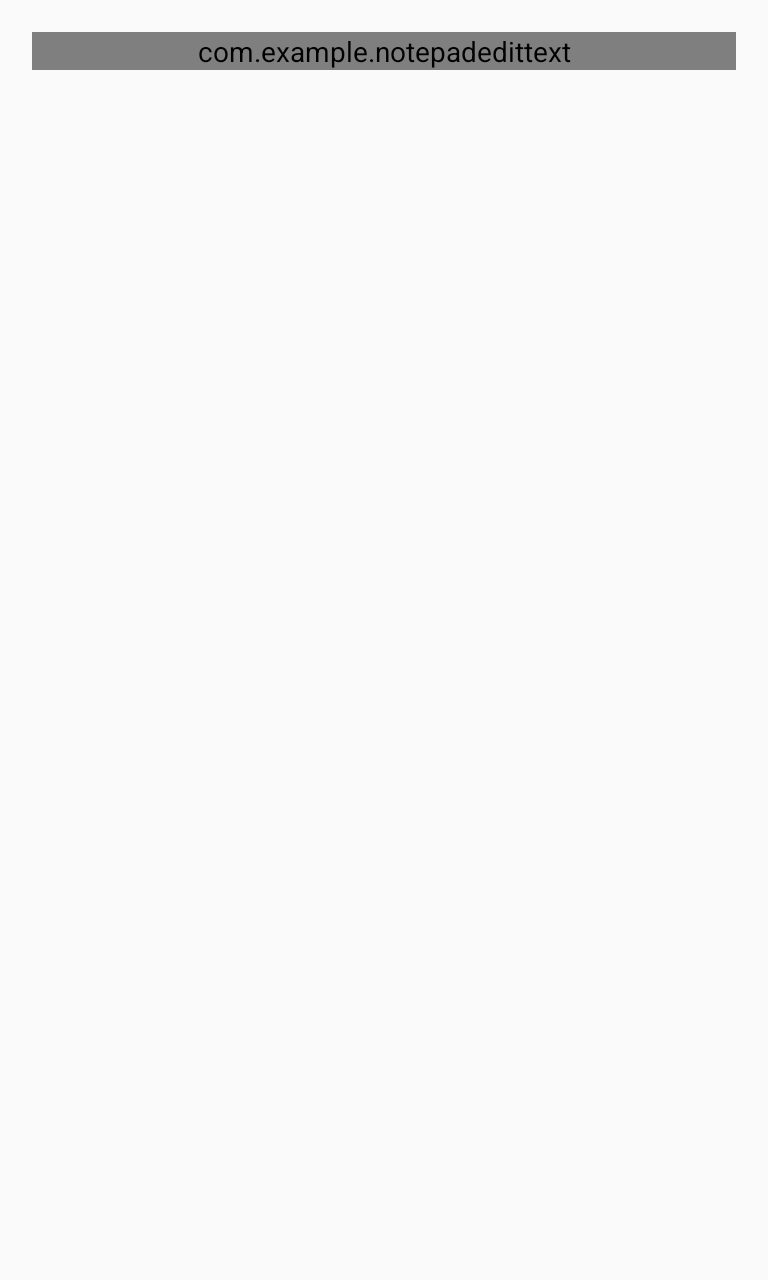
Repository: harsha20011992/Android-Projects
Layout: NotePadEditText/res/layout/activity_main.xml
An editor plug-in stored every save of this project. The layout is shown before and after the next save, followed by the edit.
Pictures or frames that could not be fetched are drawn as grey boxes. It is drawn on a 768 x 1280 px phone screen (xhdpi) without system bars, with theme AppTheme; the app's code is not run.

Above is the layout before, as saved 2014-10-16 18:52:50.

### NotePadEditText/res/layout/activity_main.xml
<RelativeLayout xmlns:android="http://schemas.android.com/apk/res/android"
    xmlns:tools="http://schemas.android.com/tools"
    android:layout_width="match_parent"
    android:layout_height="match_parent"
    android:paddingBottom="@dimen/activity_vertical_margin"
    android:paddingLeft="@dimen/activity_horizontal_margin"
    android:paddingRight="@dimen/activity_horizontal_margin"
    android:paddingTop="@dimen/activity_vertical_margin"
    tools:context=".MainActivity" >
<com.example.notepadedittext
            android:id="@+id/edit_text"
            android:layout_width="fill_parent"
            android:layout_height="wrap_content"
            android:background="@android:color/transparent"
            android:gravity="top"
            android:inputType="textMultiLine"
            android:singleLine="false" />

</RelativeLayout>

Loaded but not shown: NotePadEditText/res/values/styles.xml (common file); NotePadEditText/res/values-v11/styles.xml (common file); NotePadEditText/res/values-v14/styles.xml (common file); NotePadEditText/res/values/dimens.xml (common file); NotePadEditText/res/values-w820dp/dimens.xml (common file)

After the next save:
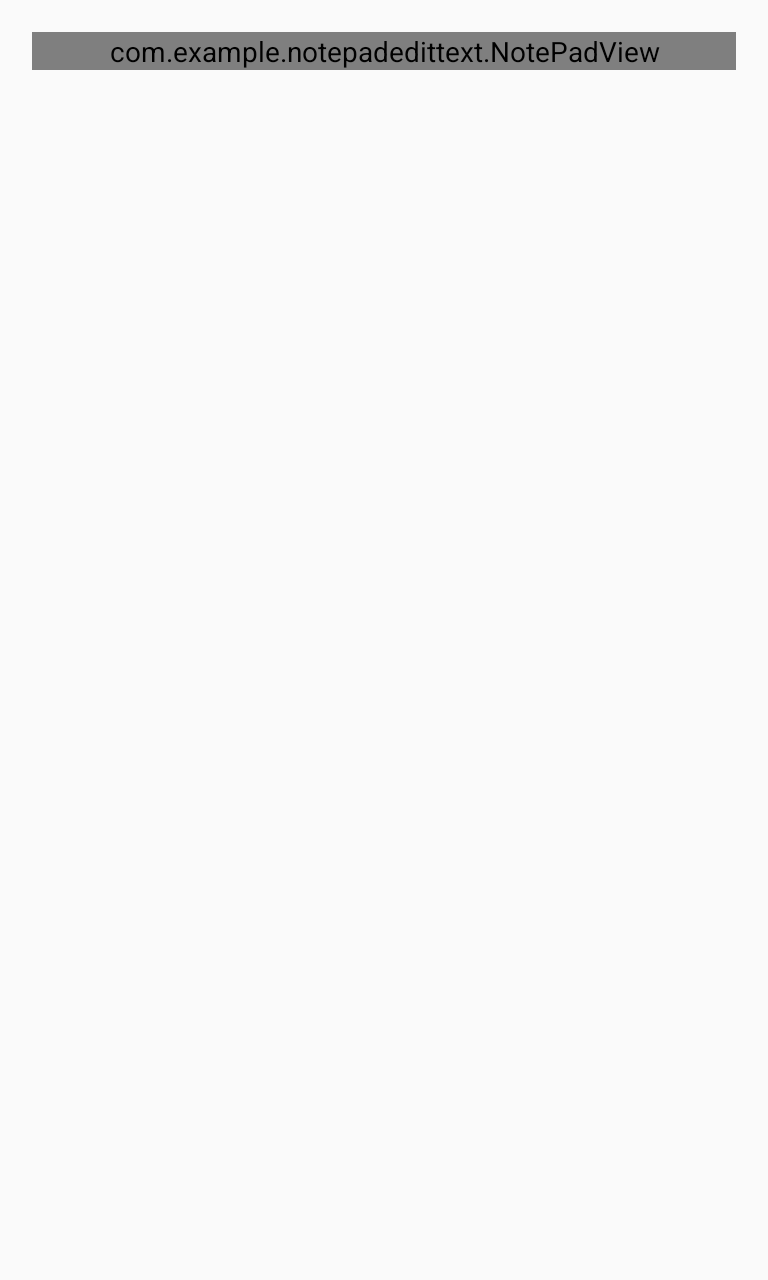
Saved 18 s later.
--- a/NotePadEditText/res/layout/activity_main.xml
+++ b/NotePadEditText/res/layout/activity_main.xml
@@ -7,7 +7,7 @@
     android:paddingRight="@dimen/activity_horizontal_margin"
     android:paddingTop="@dimen/activity_vertical_margin"
     tools:context=".MainActivity" >
-<com.example.notepadedittext
+<com.example.notepadedittext.NotePadView
             android:id="@+id/edit_text"
             android:layout_width="fill_parent"
             android:layout_height="wrap_content"
